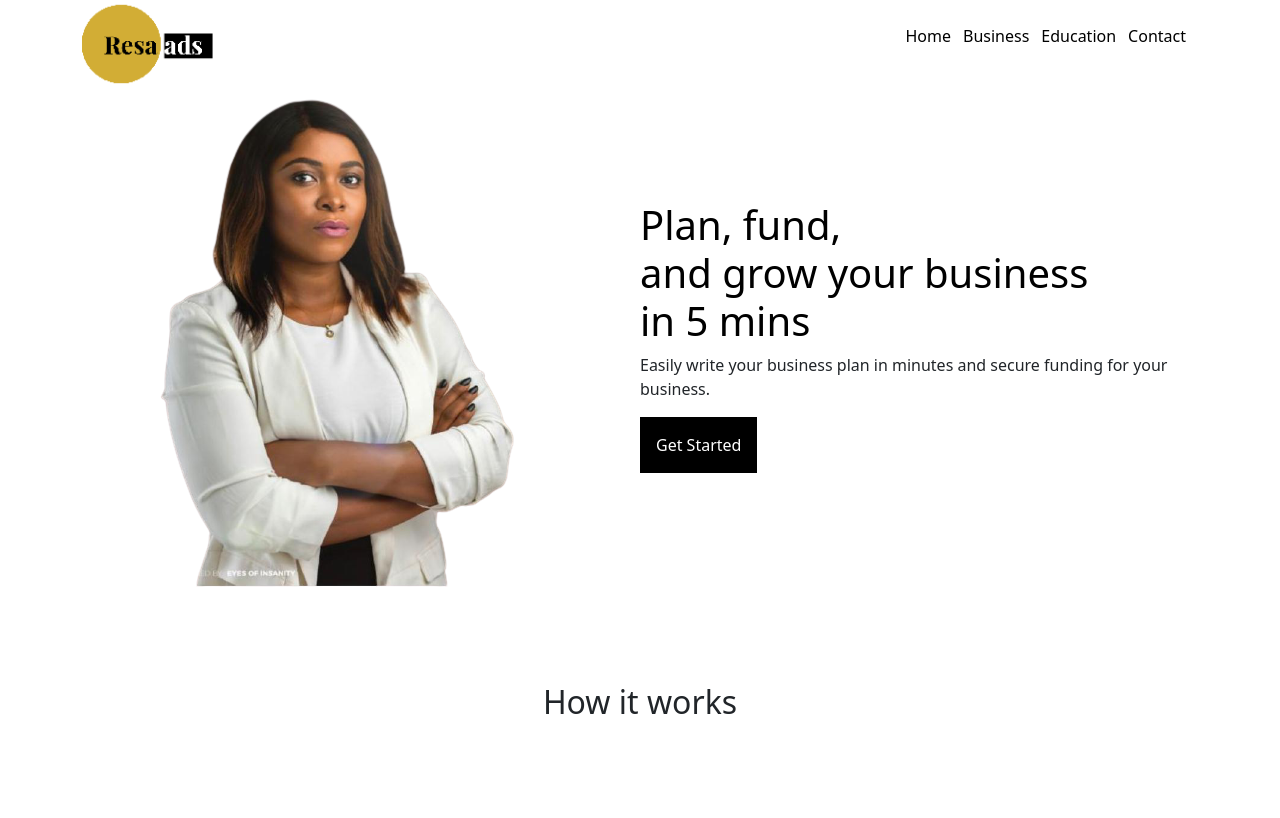
Repository: latenightsnacc/resaads-consults
Page: index.html
An editor plug-in stored every save of this project. The page is shown before and after the next save, followed by the edit.
The browser window is 1280 px wide. The pictures show the whole page.
Some web libraries are served in a nearby version.

Above is the page before, as saved 2021-08-05 09:59:28.

### index.html
<!DOCTYPE html>
<html lang="en">
<head>
    <meta charset="UTF-8">
    <meta http-equiv="X-UA-Compatible" content="IE=edge">
    <meta name="viewport" content="width=device-width, initial-scale=1.0">
    <!--Tailwind Css-->
    <link href="https://unpkg.com/tailwindcss@^2/dist/tailwind.min.css" rel="stylesheet">
    <!--Bootstrap CSS-->
    <link href="https://cdn.jsdelivr.net/npm/bootstrap@5.0.0-beta3/dist/css/bootstrap.min.css" rel="stylesheet" integrity="sha384-eOJMYsd53ii+scO/bJGFsiCZc+5NDVN2yr8+0RDqr0Ql0h+rP48ckxlpbzKgwra6" crossorigin="anonymous">
    <!--Font Awesome 5 CDN-->
    <link href="https://cdnjs.cloudflare.com/ajax/libs/font-awesome/5.13.0/css/all.min.css" rel="stylesheet">
    <!--Material Icons-->
    <link href="https://fonts.googleapis.com/css?family=Material+Icons|Material+Icons+Outlined|Material+Icons+Two+Tone|Material+Icons+Round|Material+Icons+Sharp" rel="stylesheet">
    <!--Google Font-->
    <link rel="preconnect" href="https://fonts.gstatic.com">
    <link href="https://fonts.googleapis.com/css2?family=Archivo:wght@400;700&display=swap" rel="stylesheet">
    <!--Page Title-->
    <title>Resaads Consults</title>

    <style>
        a.primary:hover {
            color: #d2ad35;
            font-weight: 500;
        }
    </style>
</head>
<body>
    <header class="container">
        <nav class="flex flex-row w-full justify-between items-center">
            <a href="index.html" class="w-36">
                <img src="assets/logos/Logo-150px-removebg-preview.png" alt="" class="w-full">
            </a>
            <ul class="flex flex-row">
                <li class="mr-3">
                    <a href="index.html" class="text-black no-underline primary">Home</a>
                </li>
                <li class="mr-3">
                    <a href="" class=" text-black no-underline primary">Business</a>
                </li>
                <li class="mr-3">
                    <a href="" class=" text-black no-underline primary">Education</a>
                </li>
                <li class="mr-3">
                    <a href="" class="text-black no-underline primary">Contact</a>
                </li>
            </ul>
        </nav>
    </header>
    <main>
        <section id="banner">
            <div class="container">
                <div class="flex flex-row">
                    <div class="w-1/2">
                        <img src="assets/images/Front-Banner-removebg-preview.png" alt="">
                    </div>
                    <div class="w-1/2 flex flex-col justify-center items-start">
                        <h1 class="text-black fontbold">Plan, fund,
                            <br> <span> and grow your business</span>
                            <br/><span>in 5 mins</span>
                        </h1>
                        <p>Easily write your business plan in minutes and secure funding for your business. </p>
                        <a href="#" class="">
                            <button class="bg-black text-white p-3">Get Started</button>
                        </a>
                    </div>
                </div>
            </div>
        </section>
        <!--Spacer-->
        <div class="my-5"></div>
        <section id="how-it-works">
            <div class="container">
                <h2 class="text-center py-5">How it works</h2>
            </div>
        </section>
        <!--Spacer-->
        <div class="my-5"></div>
        <section></section>
    </main>
    <footer></footer>
</body>
</html>

After the next save:
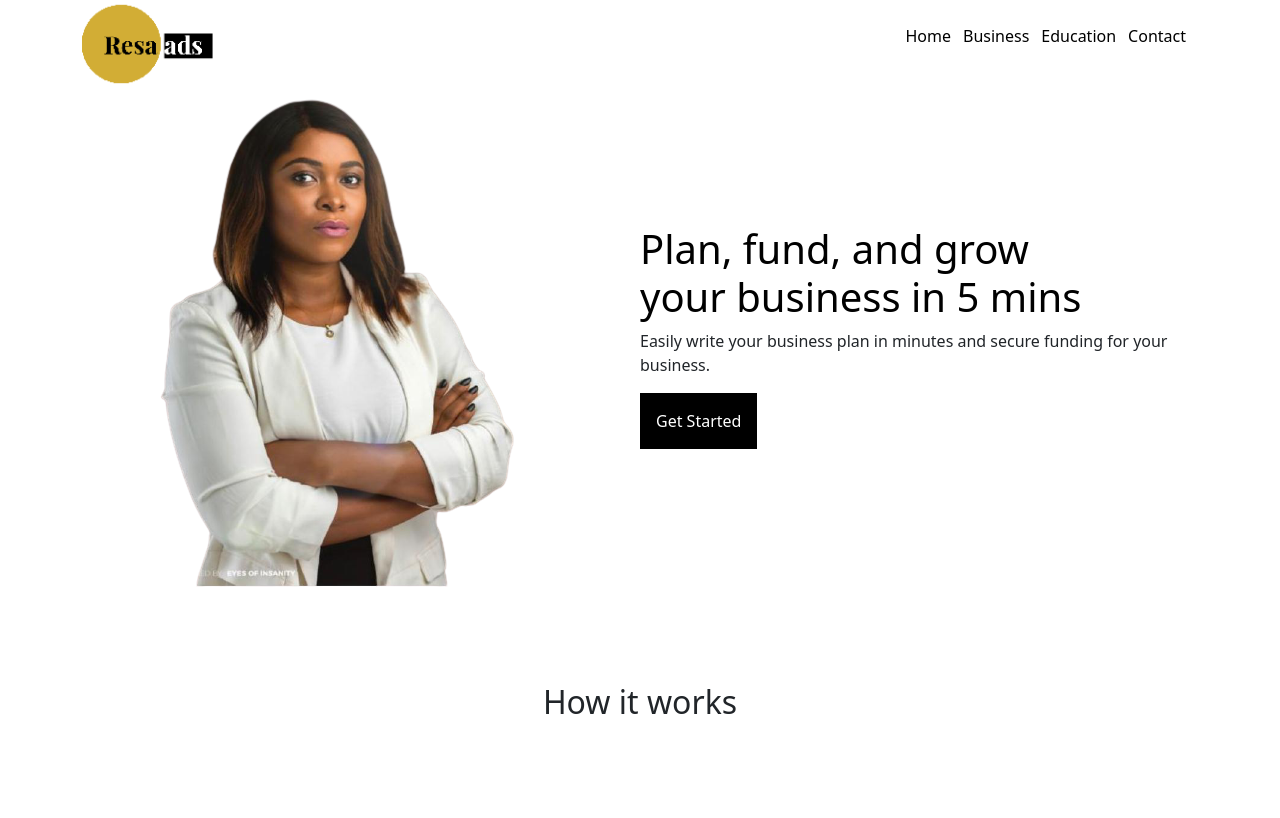
Saved 38 s later.
--- a/index.html
+++ b/index.html
@@ -55,9 +55,9 @@
                         <img src="assets/images/Front-Banner-removebg-preview.png" alt="">
                     </div>
                     <div class="w-1/2 flex flex-col justify-center items-start">
-                        <h1 class="text-black fontbold">Plan, fund,
-                            <br> <span> and grow your business</span>
-                            <br/><span>in 5 mins</span>
+                        <h1 class="text-black fontbold">
+                            Plan, fund, and grow
+                            <br/><span>your business in 5 mins</span>
                         </h1>
                         <p>Easily write your business plan in minutes and secure funding for your business. </p>
                         <a href="#" class="">
